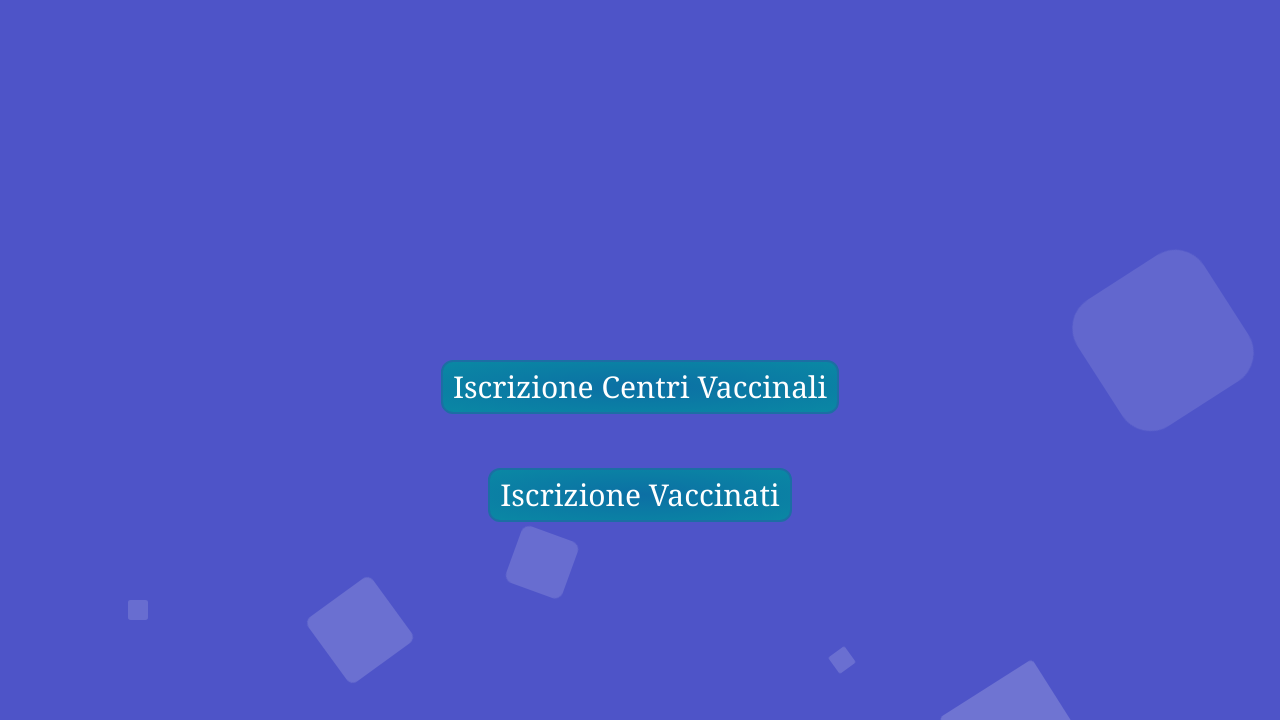
Repository: Jok98/CentriVaccinaliWebApp
Page: http://localhost/CentriVaccinaliOperatori/
These files come from the project's save history. The page is drawn as it stood at one moment and after the next save; the edit follows.
The browser window is 1280 px wide. The pictures show the whole page.
Some web fonts or font styles are not loaded; a fallback is used. The page is served by Tomcat 9.

Above is the page before, as saved 2022-09-24 13:55:20.

After the next save:
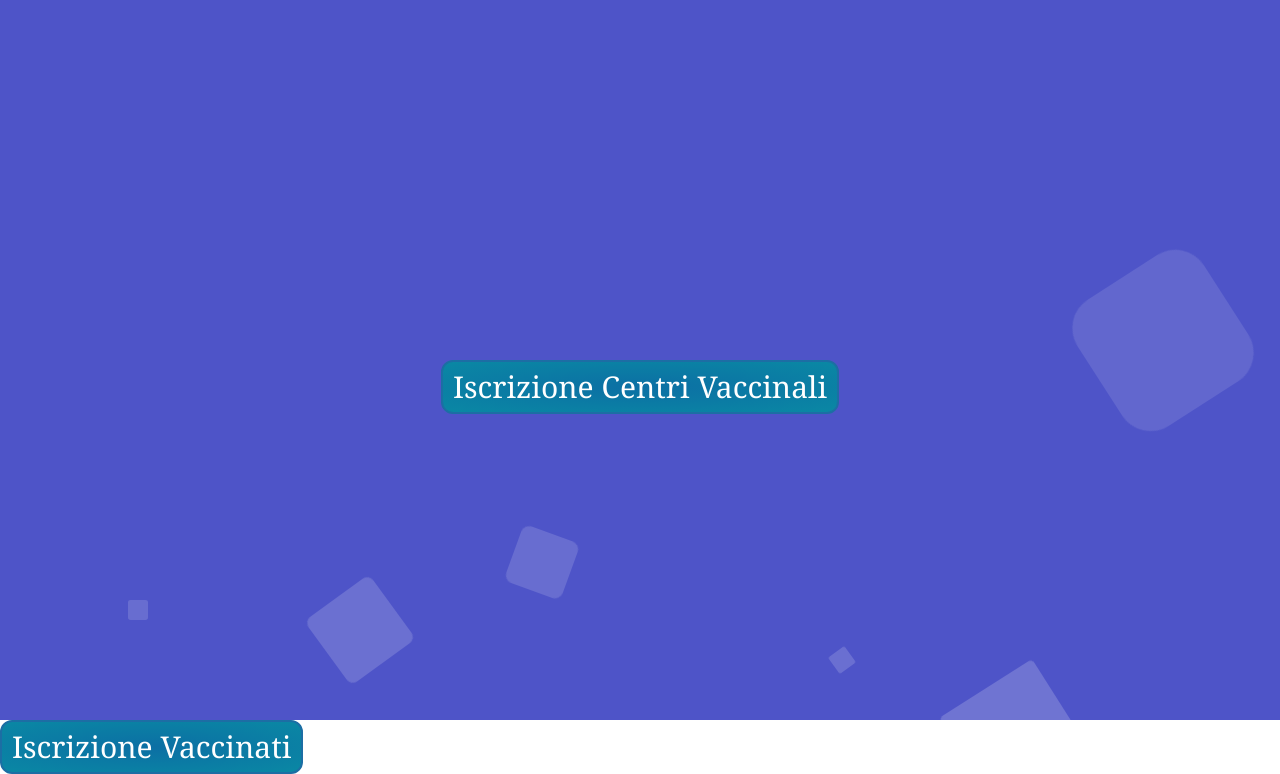
Saved 36 s later.
--- a/CentriVaccinaliOperatori/src/main/webapp/index.jsp
+++ b/CentriVaccinaliOperatori/src/main/webapp/index.jsp
@@ -15,12 +15,7 @@
 				value="Iscrizione Centri Vaccinali">
 		</form>
 		<br> <br> <br>
-		<button id="myButton" class="button">Iscrizione Vaccinati</button>
-		<script type="text/javascript">
-			document.getElementById("myButton").onclick = function() {
-				location.href = "iscrizionecentrovax.jsp";
-			};
-		</script>
+
 	</div>
 
 
@@ -38,5 +33,11 @@
 			<li></li>
 		</ul>
 	</div>
+			<button id="myButton" class="button">Iscrizione Vaccinati</button>
+		<script type="text/javascript">
+			document.getElementById("myButton").onclick = function() {
+				location.href = "iscrizionecentrovax.jsp";
+			};
+		</script>
 </body>
 </html>
